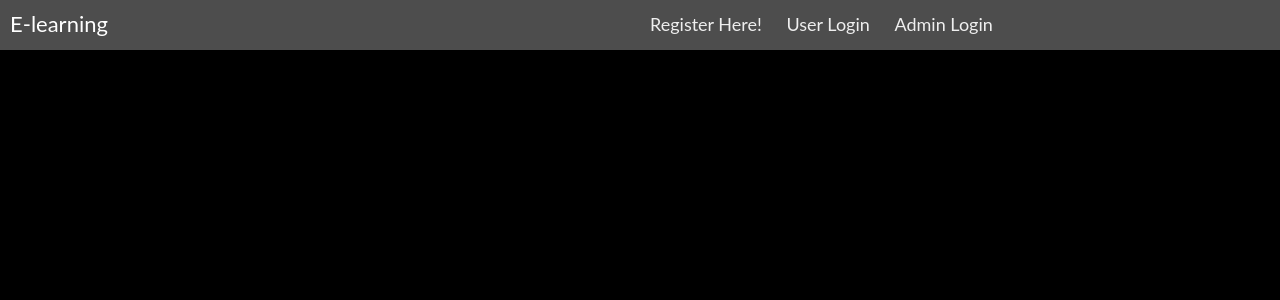
Repository: hemanthchallacs/learning_spring_boot
Page: http://localhost/courseList
These files come from the project's save history. The page is drawn as it stood at one moment and after the next save; the edit follows.
The browser window is 1280 px wide. The pictures show the whole page.
The page is this project's Thymeleaf template; nobody is signed in. The template is opened directly, without the code that normally fills it, so the values that code supplies are empty.

Above is the page before, as saved 2021-07-12 19:10:47.

After the next save:
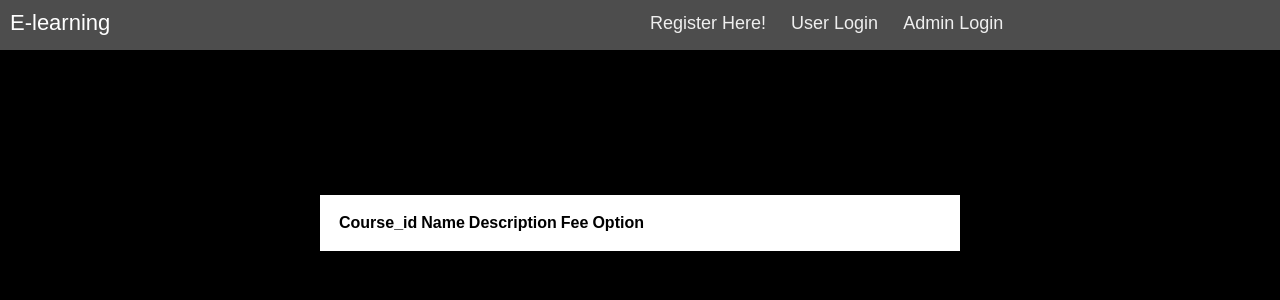
Saved 102 s later.
--- a/ver1_elearning/src/main/resources/templates/courseList.html
+++ b/ver1_elearning/src/main/resources/templates/courseList.html
@@ -206,85 +206,7 @@ a {
 }
 
 
-body {
-  font-family: 'lato', sans-serif;
-}
-.tablecontainer {
-  max-width: 1000px;
-  margin-left: auto;
-  margin-right: auto;
-  padding-left: 10px;
-  padding-right: 10px;
-}
-
-h2 {
-  font-size: 26px;
-  margin: 20px 0;
-  text-align: center;
-  small {
-    font-size: 0.5em;
-  }
-}
-
-.responsive-table {
-  li {
-    border-radius: 3px;
-    padding: 25px 30px;
-    display: flex;
-    justify-content: space-between;
-    margin-bottom: 25px;
-  }
-  .table-header {
-    background-color: #95A5A6;
-    font-size: 14px;
-    text-transform: uppercase;
-    letter-spacing: 0.03em;
-  }
-  .table-row {
-    background-color: #ffffff;
-    box-shadow: 0px 0px 9px 0px rgba(0,0,0,0.1);
-  }
-  .col-1 {
-    flex-basis: 10%;
-  }
-  .col-2 {
-    flex-basis: 40%;
-  }
-  .col-3 {
-    flex-basis: 25%;
-  }
-  .col-4 {
-    flex-basis: 25%;
-  }
-
-  @media all and (max-width: 767px) {
-    .table-header {
-      display: none;
-    }
-    .table-row{
-
-    }
-    li {
-      display: block;
-    }
-    .col {
-
-      flex-basis: 100%;
-
-    }
-    .col {
-      display: flex;
-      padding: 10px 0;
-      &:before {
-        color: #6C7A89;
-        padding-right: 10px;
-        content: attr(data-label);
-        flex-basis: 50%;
-        text-align: right;
-      }
-    }
-  }
-}
+
 
 </style>
 </head>
@@ -319,8 +241,8 @@ h2 {
 <br><br>
 <h3>Course List</h3>
 <div style="width:100%;height:100px;border:0px solid #000;color:green;"><h2 style="float:right" th:text="${message}"></h2></div>
-<div >
-<table class="tablecontainer" >
+<div class="container">
+<table >
 
 	<tr>
 		<th>Course_id</th>
